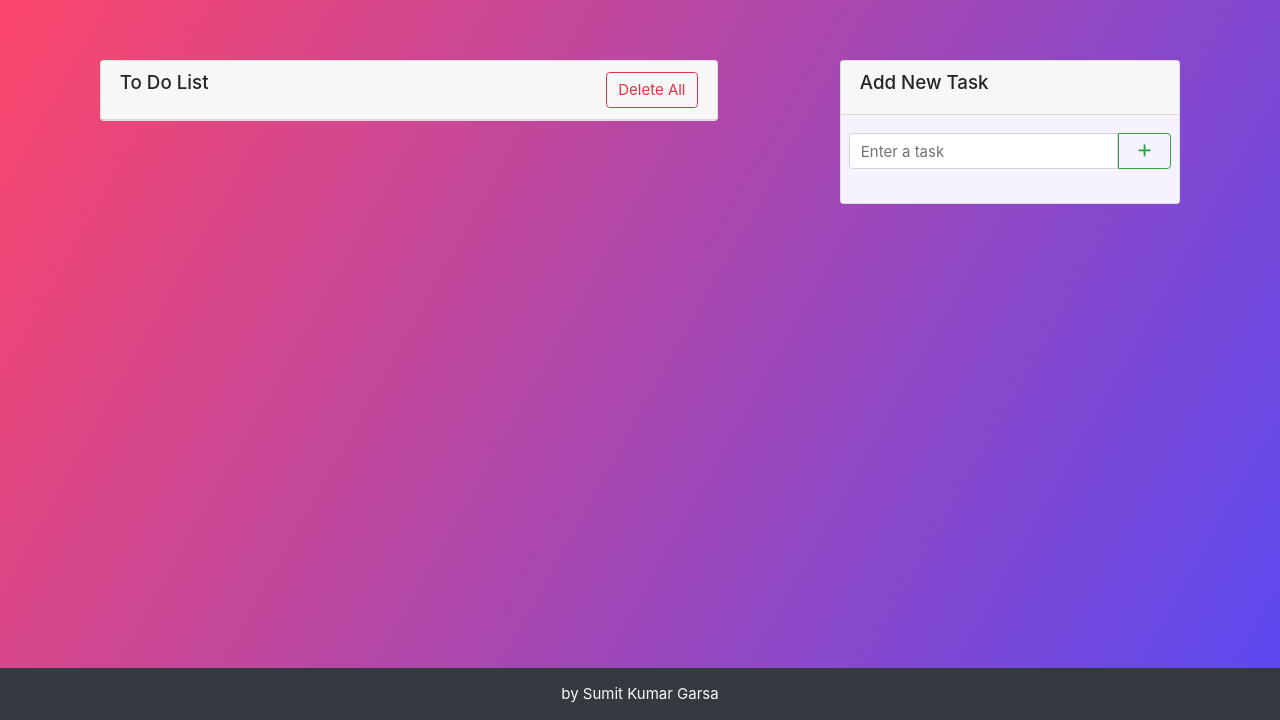
Repository: sumitkumargarssa/100-Web-Development-Series-Project
Page: Project 03 To do List/index.html
An editor plug-in stored every save of this project. The page is shown before and after the next save, followed by the edit.
The browser window is 1280 px wide. The pictures show the whole page.
Some web libraries are served in a nearby version.

Above is the page before, as saved 2024-06-09 21:39:03.

### Project 03 To do List/index.html
<!DOCTYPE html>
<html lang="en">
  <head>
    <meta charset="UTF-8" />
    <meta name="viewport" content="width=device-width, initial-scale=1.0" />
    <meta
      name="keywords"
      content="to do list, online to do list, to do list app"
    />
    <meta
      name="description"
      content="Responsive, online To Do List App that can save the tasks into local storage.
    Whenever you enter from a device, your information won't be lost unless clear local storage by clearing the history or doing something else."
    />
    <meta name="author" content="Okan Uregen" />
    <title>To Do List</title>
    <script
      src="https://kit.fontawesome.com/9c206210e0.js"
      crossorigin="anonymous"
    ></script>
    <link
      rel="stylesheet"
      href="https://stackpath.bootstrapcdn.com/bootstrap/4.5.0/css/bootstrap.min.css"
      integrity="sha384-9aIt2nRpC12Uk9gS9baDl411NQApFmC26EwAOH8WgZl5MYYxFfc+NcPb1dKGj7Sk"
      crossorigin="anonymous"
    />
    <link rel="stylesheet" href="style.css" />
  </head>
  <body>
    <div class="mx-auto container mt-5 row">
      <div class="task-add-box my-3 col-12 col-lg-4 order-lg-3">
        <div class="card">
          <div class="card-header"><h5>Add New Task</h5></div>
          <div class="card-body px-4">
            <form id="addingForm" class="form-group row" action="">
              <input
                class="form-control col-10 col-md-11 col-lg-10"
                type="text"
                placeholder="Enter a task"
              />
              <button
                type="submit"
                class="btn btn-outline-success col-2 col-md-1 col-lg-2"
              >
                <i class="fas fa-plus"></i>
              </button>
            </form>
          </div>
        </div>
      </div>

      <div class="space col-0 col-lg-1 order-lg-2"></div>

      <div class="list-box my-3 col-12 col-lg-7 order-lg-1">
        <div class="card">
          <div class="card-header">
            <h5 class="float-left">To Do List</h5>
            <a
              href=""
              class="float-right btn btn-outline-danger rounded"
              id="delAll"
            >
              Delete All
            </a>
          </div>
          <div class="card-body p-0">
            <ul id="mainList" class="list-group">
              <div id="accordion">
                <li id="upperLi" class="list-group-item d-none">
                  <a
                    href="#collapse0"
                    class="card-link list-item line-throught"
                    data-toggle="collapse"
                  >
                    <!--Text Here-->
                  </a>

                  <a
                    href="#"
                    class="delete-item text-danger float-right fas fa-times mt-1 mx-1"
                  ></a>
                  <a
                    href="#"
                    class="check text-success float-right fas fa-check mt-1 mx-4"
                  ></a>
                  <div id="collapse0" class="collapse" data-parent="#accordion">
                    <div class="under-list-item">
                      <ul class="list-group">
                        <li id="innerLi" class="list-group-item">
                          <span class="m-0 p-0"><!--Text Here--></span>
                          <a
                            href="#"
                            class="d-none delete-inner-item text-danger float-right fas fa-times mt-1 mx-1"
                          ></a>
                          <a
                            href="#"
                            class="d-none inner-check text-success float-right fas fa-check mt-1 mx-4"
                          ></a>
                        </li>
                        <div class="mt-2 under-list-input px-4">
                          <form action="" class="form-group row">
                            <input
                              class="form-control col-10 col-md-11"
                              type="text"
                              placeholder="Enter Subtask"
                            />
                            <button
                              type="submit"
                              class="btn-add-inner-task btn btn-primary col-2 col-md-1 p-0"
                            >
                              <i class="i-add-inner-task fas fa-plus"></i>
                            </button>
                          </form>
                        </div>
                      </ul>
                    </div>
                  </div>
                </li>
              </div>
            </ul>
          </div>
        </div>
      </div>
    </div>

    <footer class="bg-dark text-light text-center p-3">
      <a href="https://www.github.com/okanuregen" class="text-light"
        >by Sumit Kumar Garsa</a
      >
    </footer>

    <script src="script2.js"></script>
    <script
      src="https://code.jquery.com/jquery-3.5.1.slim.min.js"
      integrity="sha384-DfXdz2htPH0lsSSs5nCTpuj/zy4C+OGpamoFVy38MVBnE+IbbVYUew+OrCXaRkfj"
      crossorigin="anonymous"
    ></script>
    <script
      src="https://cdn.jsdelivr.net/npm/popper.js@1.16.0/dist/umd/popper.min.js"
      integrity="sha384-Q6E9RHvbIyZFJoft+2mJbHaEWldlvI9IOYy5n3zV9zzTtmI3UksdQRVvoxMfooAo"
      crossorigin="anonymous"
    ></script>
    <script
      src="https://stackpath.bootstrapcdn.com/bootstrap/4.5.0/js/bootstrap.min.js"
      integrity="sha384-OgVRvuATP1z7JjHLkuOU7Xw704+h835Lr+6QL9UvYjZE3Ipu6Tp75j7Bh/kR0JKI"
      crossorigin="anonymous"
    ></script>
  </body>
</html>

### Project 03 To do List/style.css
html {
    font-size: 15px;
  }

  body {
    background: -webkit-gradient(
        linear,
        left top,
        right bottom,
        from(#fc466b),
        to(#5949f2)
      )
      fixed;
  }

  a {
    color: black;
    text-decoration: none;
  }
  a:hover {
    text-decoration: none;
  }
  .card {
    background-color: #fff;
  }
  .card-body,
  ul {
    background-color: rgb(246, 243, 255);
    min-height: 0px;
  }
  .form-control {
    border-top-right-radius: 0;
    border-bottom-right-radius: 0;
  }
  .btn {
    border-top-left-radius: 0;
    border-bottom-left-radius: 0;
  }
  .list-item {
    color: rgb(0, 0, 0);
  }
  .list-group-item {
    background-color: inherit;
    border: none;
  }
  .under-list-item {
    font-size: 0.9rem;
  }
  .under-list-item .list-group-item {
    color: rgb(78, 78, 78);
  }

  .under-list-input input {
    height: calc(1em + 0.75rem);
  }

  .line-throught {
    text-decoration: line-through;
  }

  footer {
    position: fixed;
    width: 100%;
    bottom: 0;
  }

  @media (max-width: 992px) {
    .container,
    .row {
      padding: 0;
      margin: 0 auto;
    }
    .btn-outline-danger {
      font-size: 0.9rem;
    }
    footer {
      position: relative;
      margin-top: 420px;
    }
  }
  @media (max-width: 400px) {
    #dellAll {
      font-size: 0.7rem;
    }
  }

### Project 03 To do List/script2.js
let allTasks = [];
let innerTasks = [];

let count = 1; //for identical collapse id
const upperLi = document.getElementById("upperLi");
const innerLi = document.getElementById("innerLi");
const mainForm = document.getElementById("addingForm");
const mainInput = addingForm.children[0];
const mainList = document.getElementById("mainList");
const delAll = document.getElementById("delAll");

eventListeners();
loadLS();
loadInnerTasks();

// all Listeners
function eventListeners() {
  //submit event
  mainForm.addEventListener("submit", addNewItem);

  //task stufs
  mainList.addEventListener("click", taskStufs);

  //delete all tasks
  delAll.addEventListener("click", deleteAll);
}

//to creat new task
function createNewTask(text, check) {
  //to clone upper visible li in html page
  const newLi = upperLi.cloneNode(true);
  //making visible the new li
  newLi.classList.remove("d-none");
  //removing id
  newLi.setAttribute("id", "");

  newLi.children[0].setAttribute("href", `#collapse${count}`); //identical colapseId

  newLi.children[0].classList.remove("line-throught");

  newLi.children[0].innerText = text;
  if (check === true) {
    newLi.children[0].classList.add("line-throught");
  } else {
    newLi.children[0].classList.remove("line-throught");
  }
  newLi.children[3].setAttribute("id", `collapse${count}`);

  mainList.children[0].appendChild(newLi);

  count++; //for different value of collapseId
  mainInput.value = "";
}

//add New Task
function addNewItem(e) {
  e.preventDefault();
  //entered text
  const taskText = mainInput.value;

  if (taskText != "") {
    allTasks = JSON.parse(localStorage.getItem("allTasks"));
    let c = false;
    allTasks.forEach(function (item) {
      if (item.text == taskText) {
        c = true;
        alert("Task Already Added");
      }
    });
    if (c == false) {
      createNewTask(taskText);
      saveLS(taskText, 1);
    }
  }
}

//to add Inner Tasks
function addInnerTask(upperText, mainText, check) {
  //to clone inner visible li from html page
  let tempLi = innerLi.cloneNode(true);
  tempLi.setAttribute("id", "");

  //making visible check and delete icons.
  tempLi.childNodes.forEach(function (item, index) {
    if (index == 3 || index == 5) {
      item.classList.remove("d-none");
    }
  });
  //to add the value to new li text
  tempLi.children[0].innerText = mainText;

  //check
  if (check == true) {
    tempLi.children[0].classList.add("line-throught");
  } else {
    tempLi.children[0].classList.remove("line-throught");
  }

  //adding new inner task to last of the list before form
  let tempList;
  for (let i = 1; i < mainList.children[0].children.length; i++) {
    if (upperText == mainList.children[0].children[i].children[0].innerText) {
      tempList = mainList.children[0].children[i];
      break;
    }
  }

  //adding inner to upper
  tempList.lastElementChild.firstElementChild.firstElementChild.insertBefore(
    tempLi,
    tempList.lastElementChild.firstElementChild.firstElementChild
      .lastElementChild
  );
}

//delete and check a task - add new inner task
function taskStufs(e) {
  e.preventDefault();
  //delete item
  if (e.target.classList.contains("delete-item")) {
    //remove LS

    const text = e.target.parentElement.children[0].innerText;
    saveLS(text, 0);

    //remove inner tasks of it
    let tempInnerList = JSON.parse(localStorage.getItem("innerTasks"));

    tempInnerList.forEach(function (item) {
      if (text == item.upperTaskText) {
        saveInnerTasks(item.mainText, 0, text);
      }
    });

    //remove from page
    e.target.parentElement.remove();

    // to check an inner task
  } else if (e.target.classList.contains("delete-inner-item")) {
    const upperText =
      e.target.parentElement.parentElement.parentElement.parentElement
        .parentElement.children[0].innerText;
    //removing LS
    saveInnerTasks(e.target.parentElement.children[0].innerText, 0, upperText);

    //Removing Page
    e.target.parentElement.remove();
  } else if (e.target.classList.contains("check")) {
    let tmpList = JSON.parse(localStorage.getItem("allTasks"));

    if (
      e.target.parentElement.children[0].classList.contains("line-throught")
    ) {
      for (let i = 0; i < tmpList.length; i++) {
        if (tmpList[i].text == e.target.parentElement.children[0].innerText) {
          tmpList[i].check = false;
          localStorage.setItem("allTasks", JSON.stringify(tmpList));
          break;
        }
      }

      e.target.parentElement.children[0].classList.remove("line-throught");
    } else {
      for (let i = 0; i < tmpList.length; i++) {
        if (tmpList[i].text == e.target.parentElement.children[0].innerText) {
          tmpList[i].check = true;
          localStorage.setItem("allTasks", JSON.stringify(tmpList));
          break;
        }
      }

      e.target.parentElement.children[0].classList.add("line-throught");
    }

    //adding inner task with button
  } else if (e.target.classList.contains("inner-check")) {
    let tmp = JSON.parse(localStorage.getItem("innerTasks"));

    const upperText =
      e.target.parentElement.parentElement.parentElement.parentElement
        .parentElement.children[0].innerText;

    if (
      e.target.parentElement.children[0].classList.contains("line-throught")
    ) {
      tmp.forEach(function (item) {
        if (
          item.mainText == e.target.parentElement.children[0].innerText &&
          item.upperTaskText == upperText
        ) {
          item.check = false;
          localStorage.setItem("innerTasks", JSON.stringify(tmp));
        }
      });
      e.target.parentElement.children[0].classList.remove("line-throught");
    } else {
      tmp.forEach(function (item) {
        if (
          item.mainText == e.target.parentElement.children[0].innerText &&
          item.upperTaskText == upperText
        ) {
          item.check = true;
          localStorage.setItem("innerTasks", JSON.stringify(tmp));
        }
      });
      e.target.parentElement.children[0].classList.add("line-throught");
    }
  } else if (e.target.classList.contains("btn-add-inner-task")) {
    //getting value of input
    const text = e.target.parentElement.childNodes[1].value;

    if (text != "") {
      innerTasks = JSON.parse(localStorage.getItem("innerTasks"));

      //getting upper text
      const upperText =
        e.target.parentElement.parentElement.parentElement.parentElement
          .parentElement.parentElement.children[0].innerText;

      let c = true;
      innerTasks.forEach(function (item) {
        if (item.mainText == text && item.upperTaskText == upperText) {
          c = false;
          alert("Task Already Added");
        }
      });
      if (c == true) {
        //adding innerTask List
        innerTasks.push({
          upperTaskText: upperText,
          mainText: text,
          check: false,
        });
        addInnerTask(upperText, text);
        saveInnerTasks(innerTasks[innerTasks.length - 1], 1);
      }
    }
    //clear input
    e.target.parentElement.childNodes[1].value = "";

    //adding inner task with i tag that in the button
    //same things with adding with btn
  } else if (e.target.classList.contains("i-add-inner-task")) {
    let text = e.target.parentElement.parentElement.childNodes[1].value;

    if (text != "") {
      //getting upper text
      const upperText =
        e.target.parentElement.parentElement.parentElement.parentElement
          .parentElement.parentElement.parentElement.children[0].innerText;

      //adding innerTask List
      innerTasks.push({ upperTaskText: upperText, mainText: text });

      addInnerTask(upperText, text);
      saveInnerTasks(innerTasks[innerTasks.length - 1], 1);

      //clear input
      e.target.parentElement.parentElement.childNodes[1].value = "";
    }
  }
}
//delete all
function deleteAll(e) {
  e.preventDefault();

  let list =
    e.target.parentElement.parentElement.children[1].children[0].childNodes[1]
      .children;

  while (list.length != 1) {
    //block the remove main invisible li in html
    list[list.length - 1].remove();
  }
  saveLS("", -1);
  saveInnerTasks("", -1);
}

//loading Main Tasks
function loadLS() {
  if (localStorage.getItem("allTasks") === null) {
    localStorage.setItem("allTasks", JSON.stringify(allTasks));
  } else {
    allTasks = JSON.parse(localStorage.getItem("allTasks"));

    allTasks.forEach(function (item) {
      if (item != "") {
        createNewTask(item.text, item.check);
      }
    });
  }
}

//loading Inner Tasks
function loadInnerTasks() {
  if (localStorage.getItem("innerTasks") === null) {
    localStorage.setItem("innerTasks", JSON.stringify(innerTasks));
  } else {
    innerTasks = JSON.parse(localStorage.getItem("innerTasks"));

    innerTasks.forEach(function (item) {
      if (item.mainText != "") {
        addInnerTask(item.upperTaskText, item.mainText, item.check);
      }
    });
  }
}

//saving Main Tasks
function saveLS(text, index) {
  //if index = 1 add, = 0 remove, =-1 remove all
  if (index == -1) {
    localStorage.removeItem("allTasks");
    allTasks.length = 0;
    loadLS();
  } else if (index == 0) {
    const tmp = JSON.parse(localStorage.getItem("allTasks"));
    let c;
    tmp.forEach(function (item, ind) {
      if (item.text == text) c = ind;
    });
    tmp.splice(c, 1);
    localStorage.setItem("allTasks", JSON.stringify(tmp));

    //delete inner tasks whose upper text that
    const tmp2 = JSON.parse(localStorage.getItem("innerTasks"));

    for (let i = 0; i < tmp2.length; i++) {
      if (tmp2[i].upperTaskText == text) {
        saveInnerTasks(tmp[i], 0);
      }
    }
  } else if (index == 1) {
    const tmp = JSON.parse(localStorage.getItem("allTasks"));
    tmp.push({ text: text, check: false });
    localStorage.setItem("allTasks", JSON.stringify(tmp));
  }
}

//saving Inner Tasks
function saveInnerTasks(item, index, upperText = "") {
  //if index = 1 add, = 0 remove, =-1 remove all, 2 check, =3 removeCheck
  if (index == -1) {
    localStorage.removeItem("innerTasks");
    innerTasks.length = 0;
    loadInnerTasks();
  } else if (index == 0) {
    const tmp = JSON.parse(localStorage.getItem("innerTasks"));

    let cont = false;
    let c;
    tmp.forEach(function (e, ind) {
      if (e.mainText == item && e.upperTaskText == upperText) {
        c = ind;
        cont = true;
      }
    });
    if (cont) {
      tmp.splice(c, 1);
      localStorage.setItem("innerTasks", JSON.stringify(tmp));
    }
  } else if (index == 1) {
    const tmp = JSON.parse(localStorage.getItem("innerTasks"));
    tmp.push(item);
    localStorage.setItem("innerTasks", JSON.stringify(tmp));
  }
}

After the next save:
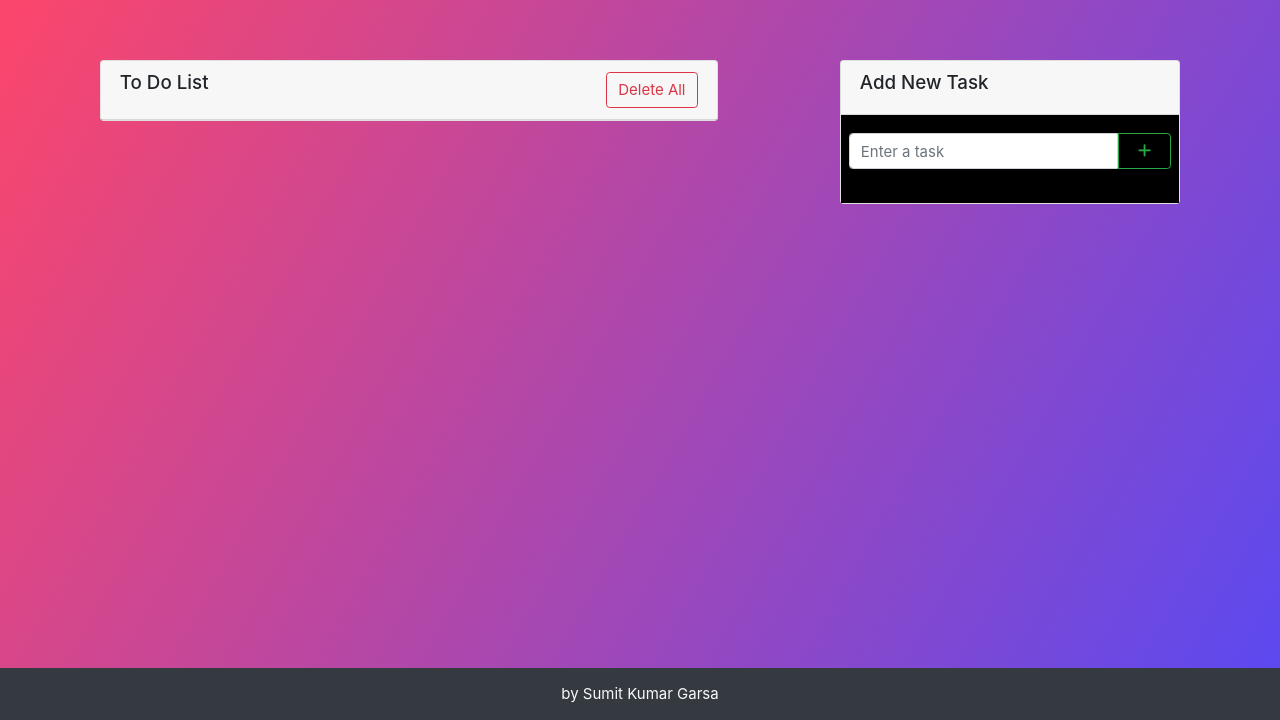
Saved 58 s later.
--- a/Project 03 To do List/style.css
+++ b/Project 03 To do List/style.css
@@ -25,7 +25,7 @@ html {
   }
   .card-body,
   ul {
-    background-color: rgb(246, 243, 255);
+    background-color: rgb(0 0 0);;
     min-height: 0px;
   }
   .form-control {
